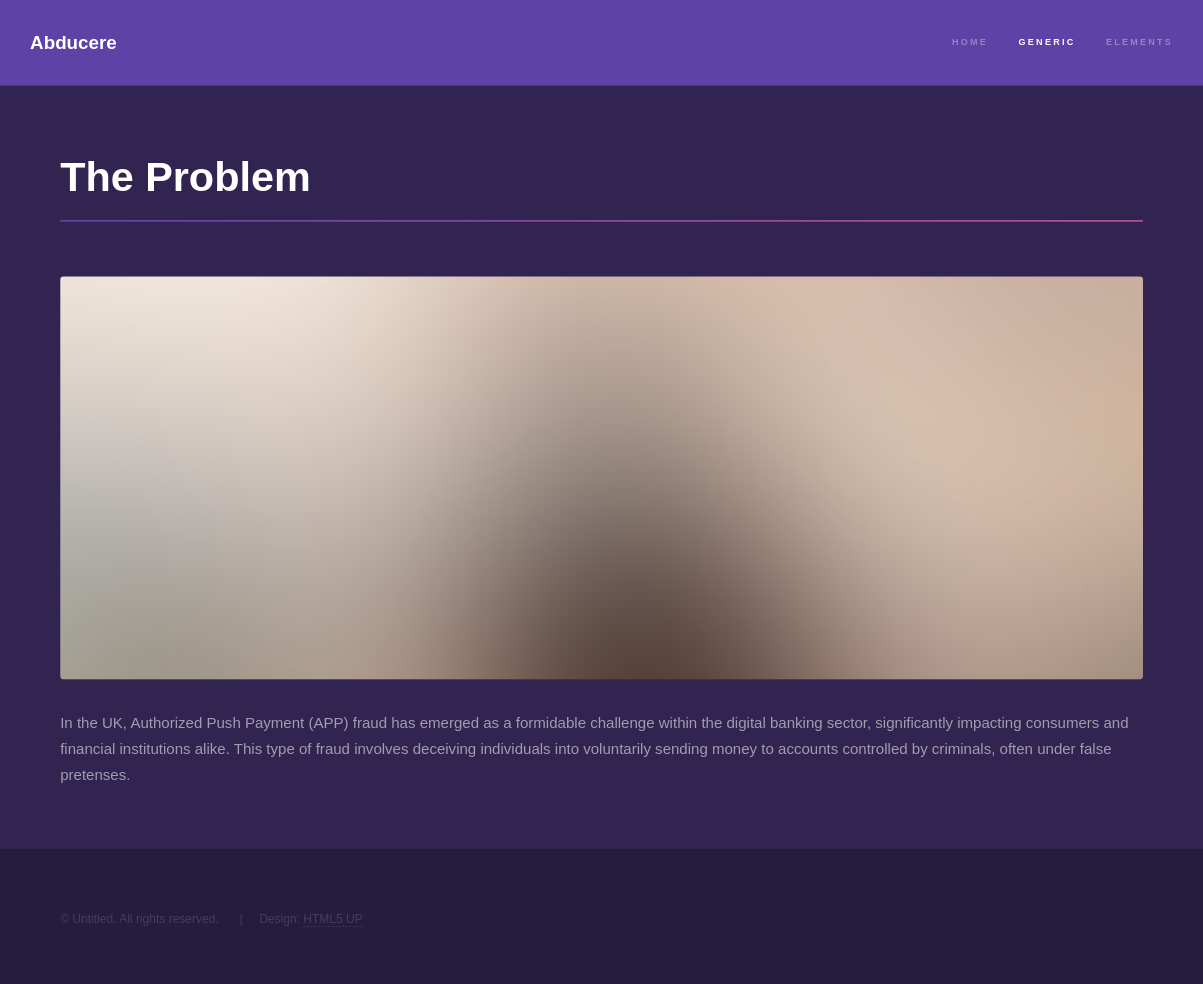
Repository: nocnoc94/nocnoc94.github.io
Page: the-problem.html
An editor plug-in stored every save of this project. The page is shown before and after the next save, followed by the edit.
The browser window is 1280 px wide. The pictures show the whole page, at 94% of full size.

Above is the page before, as saved 2024-02-21 23:10:58.

### the-problem.html
<!DOCTYPE HTML>
<!--
	Hyperspace by HTML5 UP
	html5up.net | @ajlkn
	Free for personal and commercial use under the CCA 3.0 license (html5up.net/license)
-->
<html>

<head>
	<title>Abducere - The Problem</title>
	<meta charset="utf-8" />
	<meta name="viewport" content="width=device-width, initial-scale=1, user-scalable=no" />
	<link rel="stylesheet" href="/static/css/main.css" />
	<noscript>
		<link rel="stylesheet" href="/static/css/noscript.css" />
	</noscript>
</head>

<body class="is-preload">

	<!-- Header -->
	<header id="header">
		<a href="index.html" class="title">Abducere</a>
		<nav>
			<ul>
				<li><a href="index.html">Home</a></li>
				<li><a href="generic.html" class="active">Generic</a></li>
				<li><a href="elements.html">Elements</a></li>
			</ul>
		</nav>
	</header>

	<!-- Wrapper -->
	<div id="wrapper">

		<!-- Main -->
		<section id="main" class="wrapper">
			<div class="inner">
				<h1 class="major">The Problem</h1>
				<span class="image fit"><img src="/static/images/pic04.jpg" alt="" /></span>
				<p>In the UK, Authorized Push Payment (APP) fraud has emerged as a formidable challenge within the
					digital banking sector, significantly impacting consumers and financial institutions alike. This
					type of fraud involves deceiving individuals into voluntarily sending money to accounts controlled
					by criminals, often under false pretenses.
				</p>
				<p></p>
				<p></p>
				<p></p>
				<p></p>
				<p></p>
			</div>
		</section>

	</div>

	<!-- Footer -->
	<footer id="footer" class="wrapper alt">
		<div class="inner">
			<ul class="menu">
				<li>&copy; Untitled. All rights reserved.</li>
				<li>Design: <a href="http://html5up.net">HTML5 UP</a></li>
			</ul>
		</div>
	</footer>

	<!-- Scripts -->
	<script src="/static/js/jquery.min.js"></script>
	<script src="/static/js/jquery.scrollex.min.js"></script>
	<script src="/static/js/jquery.scrolly.min.js"></script>
	<script src="/static/js/browser.min.js"></script>
	<script src="/static/js/breakpoints.min.js"></script>
	<script src="/static/js/util.js"></script>
	<script src="/static/js/main.js"></script>

</body>

</html>

Loaded but not shown: static/js/jquery.min.js (library); static/js/jquery.scrollex.min.js (common file); static/js/jquery.scrolly.min.js (common file); static/js/browser.min.js (common file); static/js/breakpoints.min.js (common file); static/css/fontawesome-all.min.css (library); static/js/util.js (587 lines, source omitted); static/js/main.js (190 lines, source omitted); static/css/main.css (3909 lines, source omitted)

After the next save:
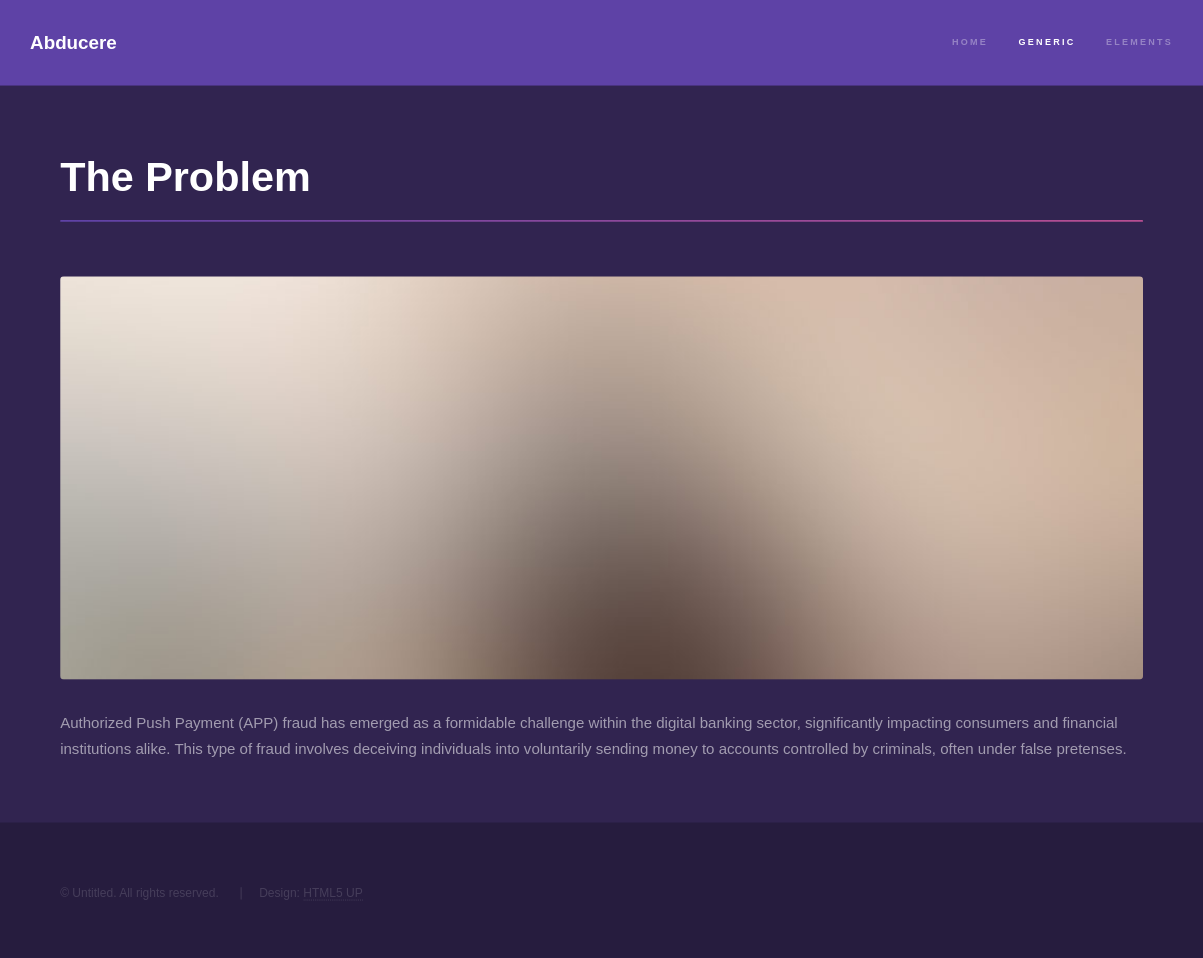
Saved 6 s later.
--- a/the-problem.html
+++ b/the-problem.html
@@ -38,7 +38,7 @@
 			<div class="inner">
 				<h1 class="major">The Problem</h1>
 				<span class="image fit"><img src="/static/images/pic04.jpg" alt="" /></span>
-				<p>In the UK, Authorized Push Payment (APP) fraud has emerged as a formidable challenge within the
+				<p>Authorized Push Payment (APP) fraud has emerged as a formidable challenge within the
 					digital banking sector, significantly impacting consumers and financial institutions alike. This
 					type of fraud involves deceiving individuals into voluntarily sending money to accounts controlled
 					by criminals, often under false pretenses.
